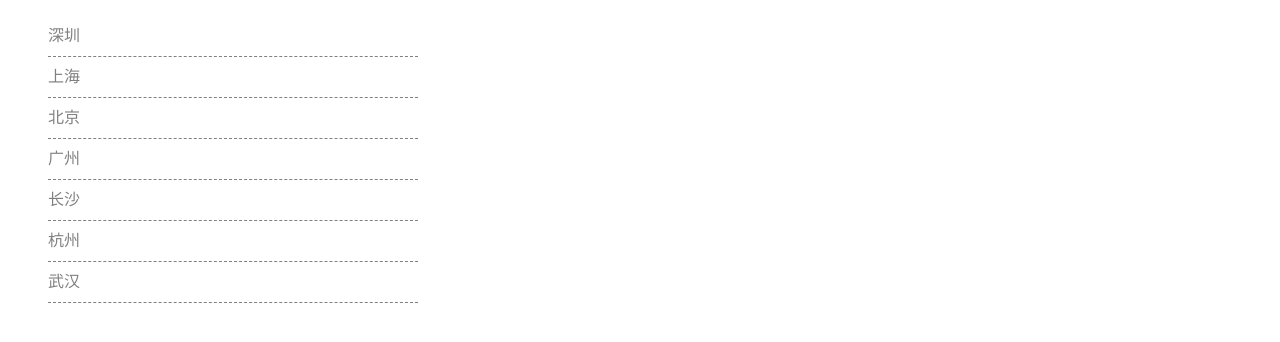
Repository: fixbb/workspace
Page: 012选择器权重/index1.html
An editor plug-in stored every save of this project. The page is shown before and after the next save, followed by the edit.
The browser window is 1280 px wide. The pictures show the whole page.

Above is the page before, as saved 2021-08-27 13:08:21.

### 012选择器权重/index1.html
<!DOCTYPE html>
<html lang="en">
<head>
    <meta charset="UTF-8">
    <meta http-equiv="X-UA-Compatible" content="IE=edge">
    <meta name="viewport" content="width=device-width, initial-scale=1.0">
    <title>Document</title>
    <style>
        #news {
            list-style: none;
            width: 370px;
        }
        #news li {
            height: 40px;
            line-height: 40px;
            border-bottom: dashed 1px grey;
        }
        #news li a {
            color: gray;
            text-decoration: none;
        }
        #news .last {
            border: none;
        }
    </style>
</head>
<body>
    <ul id="news">
        <li><a href="">深圳</a></li>
        <li><a href="">上海</a></li>
        <li><a href="">北京</a></li>
        <li><a href="">广州</a></li>
        <li><a href="">长沙</a></li>
        <li><a href="">杭州</a></li>
        <li class=".last"><a href="">武汉</a></li>
    </ul>
</body>
</html>

After the next save:
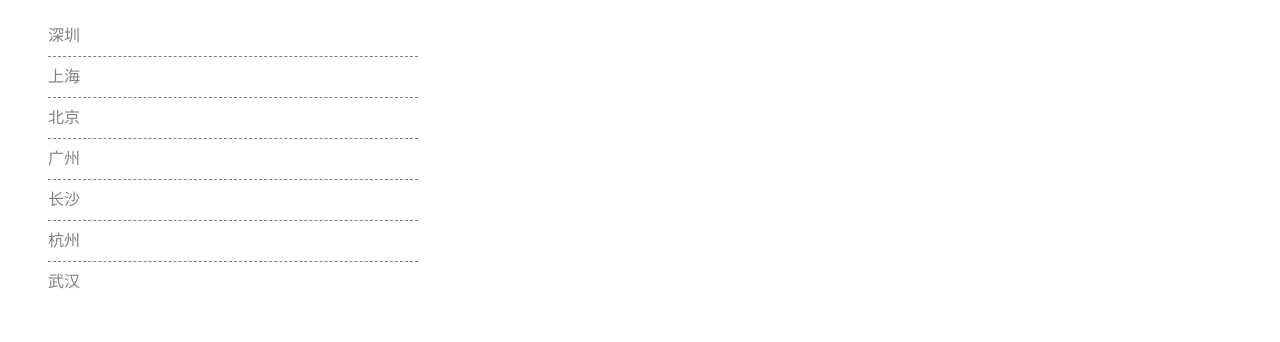
Saved 14 s later.
--- a/012选择器权重/index1.html
+++ b/012选择器权重/index1.html
@@ -32,7 +32,7 @@
         <li><a href="">广州</a></li>
         <li><a href="">长沙</a></li>
         <li><a href="">杭州</a></li>
-        <li class=".last"><a href="">武汉</a></li>
+        <li class="last"><a href="">武汉</a></li>
     </ul>
 </body>
 </html>
